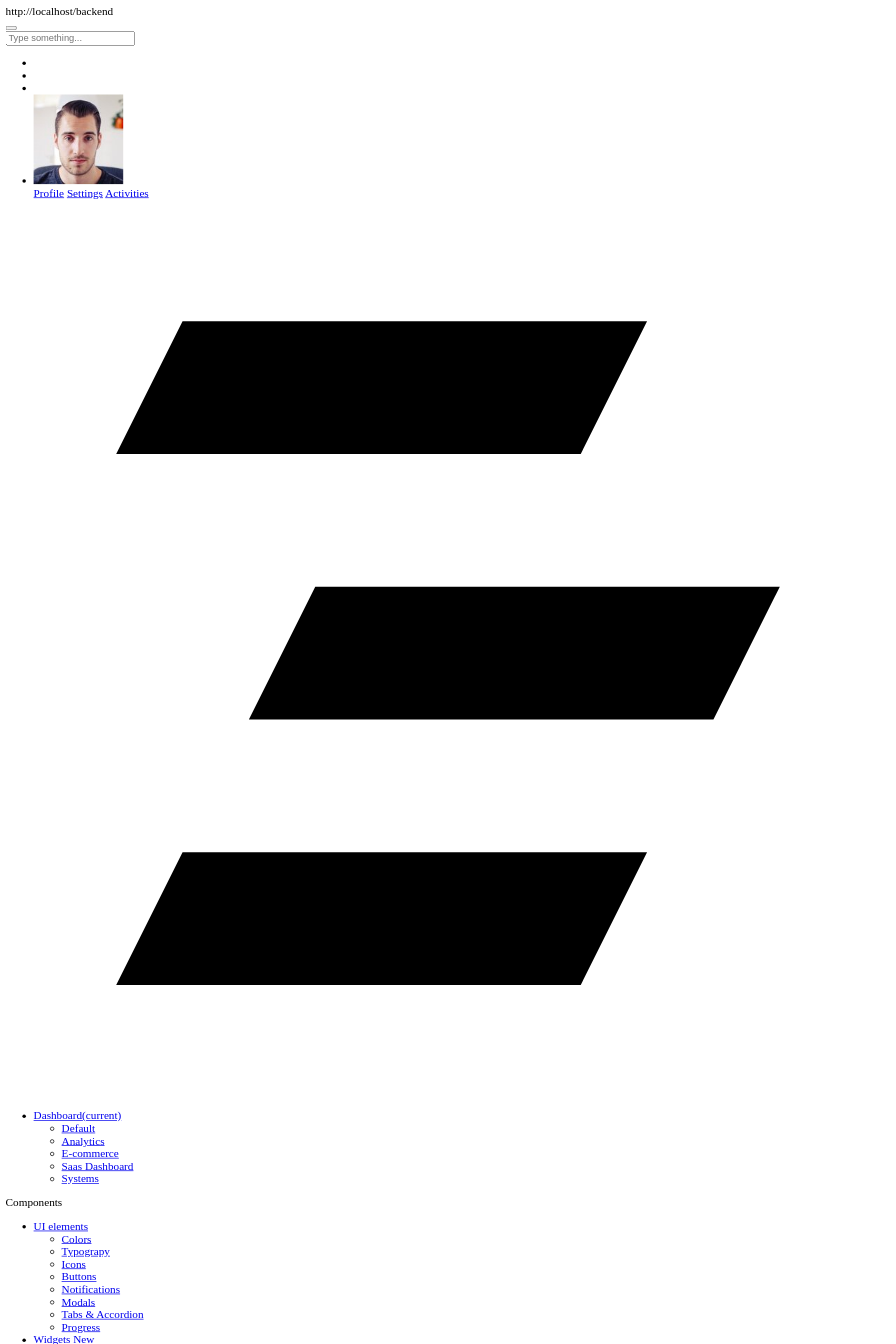
Repository: AmirHaziqHafiz113/aduan
Page: http://localhost/dashboard
An editor plug-in stored every save of this project. The page is shown before and after the next save, followed by the edit.
The browser window is 1280 px wide. The pictures show the part of the page from y = 0 to 1920 px (the page is 8082 px tall before and 8042 px after), at 70% of full size.
The page is served by the project's Laravel application, run on PHP 8.4 with Laravel 9. The first stored user is signed in. The database holds what the project's SQL file puts in it.

Above is the page before, as saved 2022-11-10 14:03:21.
Console error: ReferenceError: ApexCharts is not defined

After the next save:
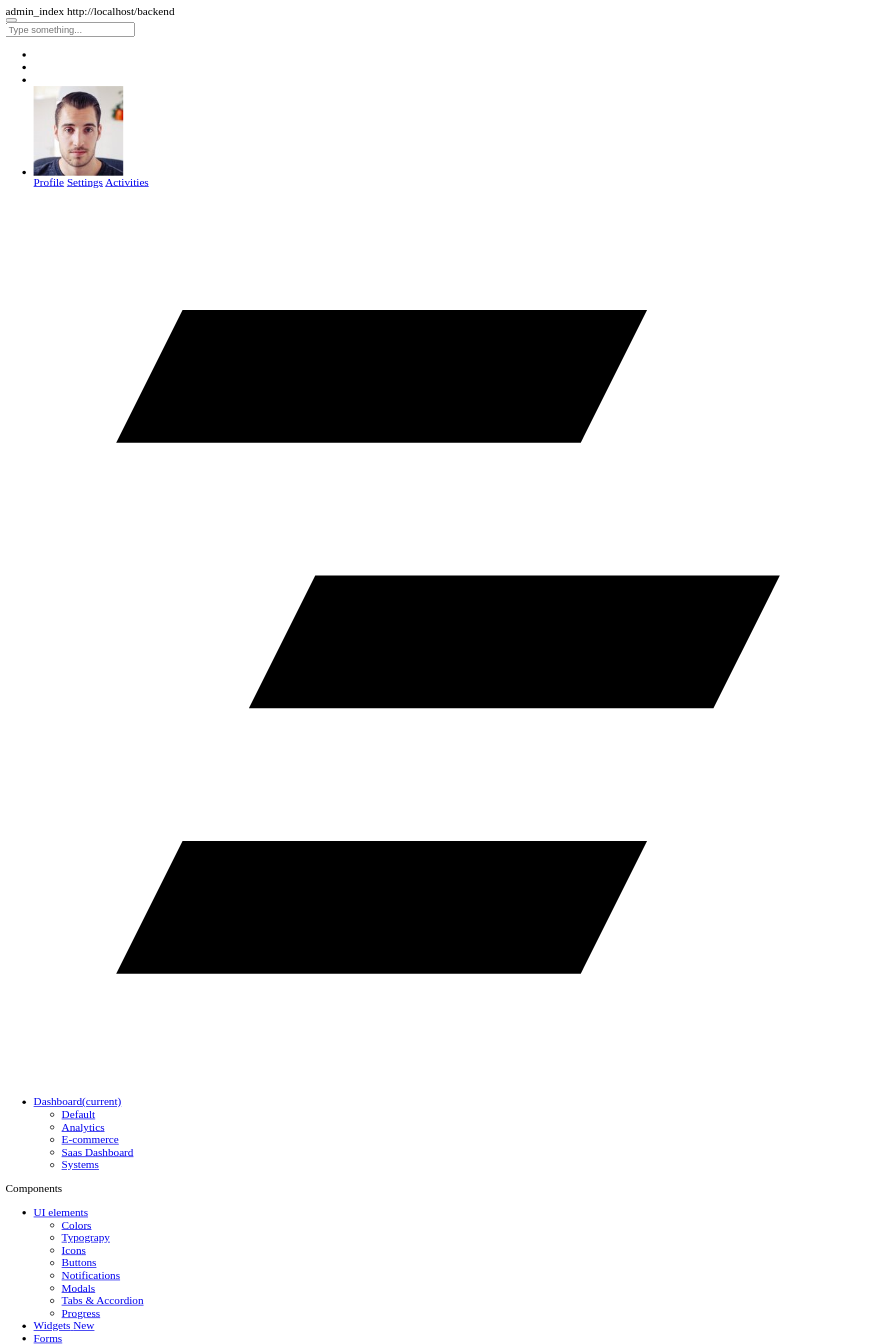
Saved 2 min 16 s later.
--- a/resources/views/admin/admin_index.blade.php
+++ b/resources/views/admin/admin_index.blade.php
@@ -1,2 +1,4 @@
 @extends('admin.admin_master')
 @section('admin')
+
+{{ __('admin_index') }}
